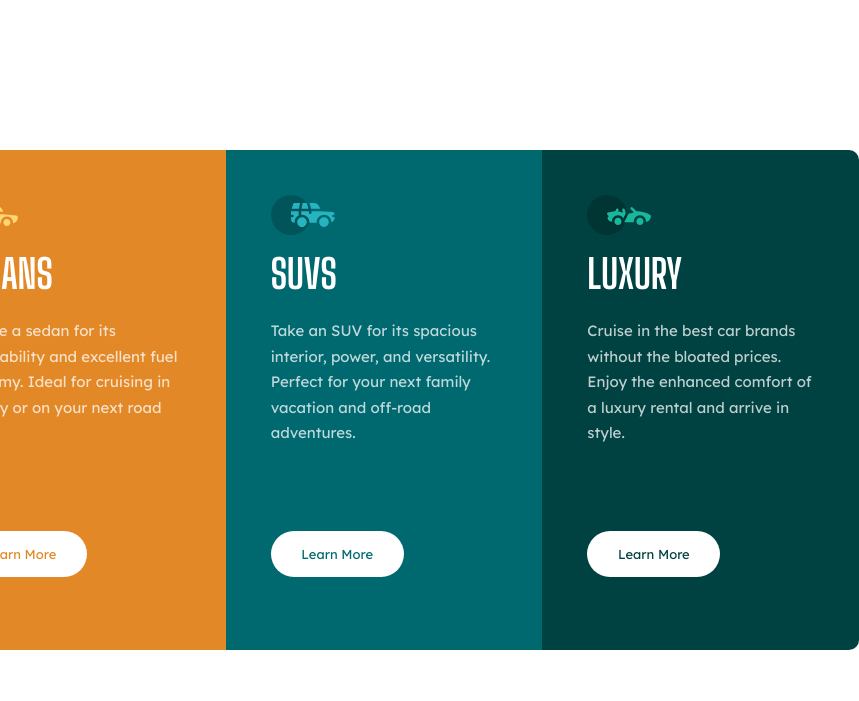
Repository: KamoliddinGIT/column-preview-card
Page: index.html
These files come from the project's save history. The page is drawn as it stood at one moment and after the next save; the edit follows.
The browser window is 768 px wide. The page is 859 px wide, then 769 px, so the pictures cover 859 px, including what lies to the right of the window. The pictures show the whole page.

Above is the page before, as saved 2023-09-15 16:53:33.

### index.html
<!DOCTYPE html>
<html lang="en">
  <head>
    <meta charset="UTF-8" />
    <meta name="viewport" content="width=device-width, initial-scale=1.0" />
    <link
      rel="icon"
      type="image/png"
      sizes="32x32"
      href="./images/favicon-32x32.png"
    />
    <link
      href="https://fonts.googleapis.com/css2?family=Lexend+Deca&display=swap"
      rel="stylesheet"
    />
    <link
      href="https://fonts.googleapis.com/css2?family=Big+Shoulders+Display:wght@400;700&display=swap"
      rel="stylesheet"
    />
    <link rel="stylesheet" href="./css/style.css" />
    <title>3-column preview card component</title>
  </head>
  <body>
    <div class="container">
      <div class="card card__1">
        <img src="./images/icon-sedans.svg" alt="sedans" />
        <h1>SEDANS</h1>
        <p>
          Choose a sedan for its affordability and excellent fuel economy. Ideal
          for cruising in the city or on your next road trip.
        </p>
        <a href="#">Learn More</a>
      </div>
      <div class="card card__2">
        <img src="./images/icon-suvs.svg" alt="suvs" />
        <h1>SUVS</h1>
        <p>
          Take an SUV for its spacious interior, power, and versatility. Perfect
          for your next family vacation and off-road adventures.
        </p>
        <a href="#">Learn More</a>
      </div>
      <div class="card card__3">
        <img src="./images/icon-luxury.svg" alt="icon-luxury" />
        <h1>LUXURY</h1>
        <p>
          Cruise in the best car brands without the bloated prices. Enjoy the
          enhanced comfort of a luxury rental and arrive in style.
        </p>
        <a href="#">Learn More</a>
      </div>
    </div>
  </body>
</html>

### css/style.css
* {
  margin: 0;
  padding: 0;
  box-sizing: border-box;
}

body {
  padding: 70px;
  display: flex;
  justify-content: center;
  align-items: center;
  width: 100%;
  height: 100vh;
}

.container {
  display: flex;
  flex-direction: row;
  border-radius: 10px;
  max-width: 900px;
  width: 900px;
  height: 500px;
  color: hsla(0, 0%, 100%, 0.75);
}

.card__1 {
  max-width: 350px;
  width: 350px;
  height: 100%;
  background-color: hsl(31, 77%, 52%);
  border-top-left-radius: 10px;
  border-bottom-left-radius: 10px;
  padding: 45px;
}

.card__2 {
  max-width: 350px;
  width: 350px;
  height: 100%;
  background-color: hsl(184, 100%, 22%);
  padding: 45px;
}

.card__3 {
  max-width: 350px;
  width: 350px;
  height: 100%;
  background-color: hsl(179, 100%, 13%);
  border-top-right-radius: 10px;
  border-bottom-right-radius: 10px;
  padding: 45px;
}

.card {
  padding: 45px;
  display: flex;
  flex-direction: column;
}

.card h1 {
  font-family: "Big Shoulders Display", cursive;
  color: #fff;
  text-transform: uppercase;
  margin-top: 15px;
  margin-bottom: 20px;
  font-size: 40px;
}

.card img {
  width: 64px;
  height: 40px;
}

.card p {
  font-family: "Lexend Deca", sans-serif;
  margin: 0 0 50px;
  font-size: 15px;
  line-height: 1.7;
}

.card__1 a {
  display: flex;
  justify-content: center;
  align-items: center;
  font-size: 13px;
  width: 133px;
  text-decoration: none;
  font-family: "Lexend Deca", sans-serif;
  color: hsl(31, 77%, 52%);
  background: #fff;
  margin-top: 35px;
  border-radius: 50px;
  padding: 15px 10px;
}

.card__1 a:hover {
  font-size: 13px;
  display: flex;
  justify-content: center;
  align-items: center;
  border: 2px solid #fff;
  cursor: pointer;
  transition: 0.3s ease;
  background: hsl(31, 77%, 52%);
  font-family: "Lexend Deca", sans-serif;
  color: #fff;
}

.card__2 a {
  display: flex;
  justify-content: center;
  align-items: center;
  font-size: 13px;
  width: 133px;
  text-decoration: none;
  font-family: "Lexend Deca", sans-serif;
  color: hsl(184, 100%, 22%);
  background: #fff;
  margin-top: 35px;
  border-radius: 50px;
  padding: 15px 10px;
}

.card__2 a:hover {
  font-size: 13px;
  display: flex;
  justify-content: center;
  align-items: center;
  border: 2px solid #fff;
  cursor: pointer;
  transition: 0.3s ease;
  background: hsl(184, 100%, 22%);
  font-family: "Lexend Deca", sans-serif;
  color: #fff;
}

.card__3 a {
  display: flex;
  justify-content: center;
  align-items: center;
  font-size: 13px;
  width: 133px;
  text-decoration: none;
  font-family: "Lexend Deca", sans-serif;
  color: hsl(179, 100%, 13%);
  background: #fff;
  margin-top: 35px;
  border-radius: 50px;
  padding: 15px 10px;
}

.card__3 a:hover {
  font-size: 13px;
  display: flex;
  justify-content: center;
  align-items: center;
  border: 2px solid #fff;
  cursor: pointer;
  transition: 0.3s ease;
  background: hsl(179, 100%, 13%);
  font-family: "Lexend Deca", sans-serif;
  color: #fff;
}

/* media-css */

@media only screen and (max-width: 950px) {
  body {
    padding: 100px;
  }
  .container {
    max-width: 950px;
    width: 950px;
  }
}

After the next save:
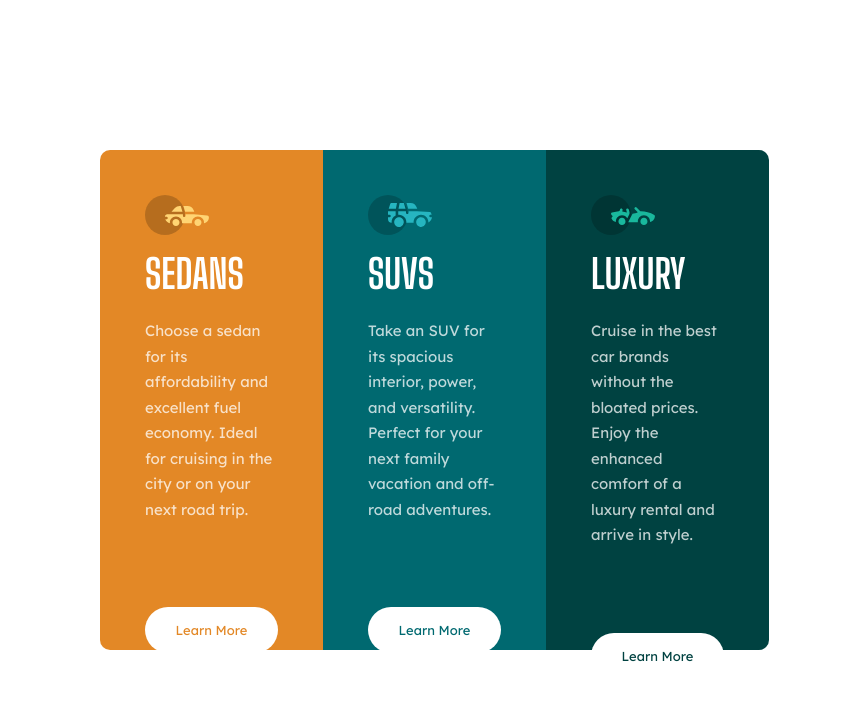
Saved 13 s later.
--- a/css/style.css
+++ b/css/style.css
@@ -170,6 +170,6 @@ body {
   }
   .container {
     max-width: 950px;
-    width: 950px;
+    width: 100%;
   }
 }
